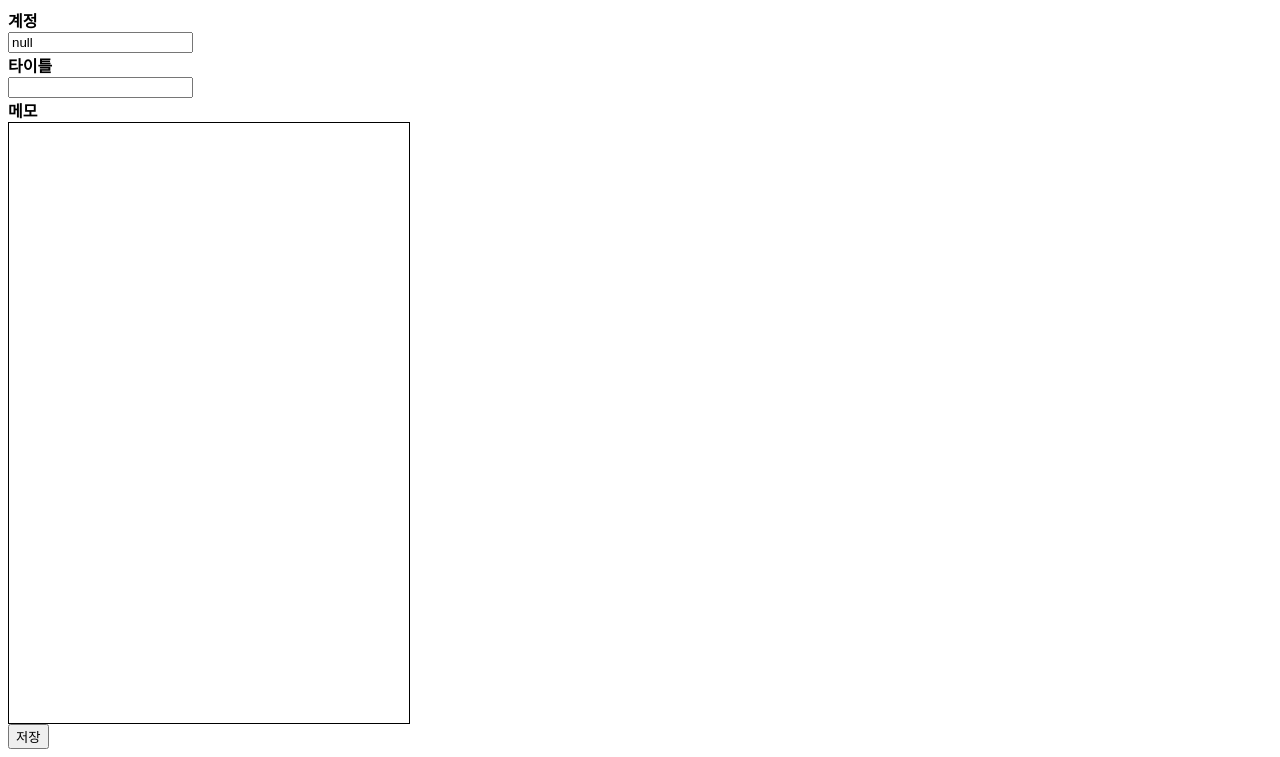
Repository: Rysdne/01_Java
Page: http://localhost/WildcatTest/io/create.jsp
An editor plug-in stored every save of this project. The page is shown before and after the next save, followed by the edit.
The browser window is 1280 px wide. The pictures show the whole page.
The page is served by Tomcat 9.

Above is the page before, as saved 2022-07-14 07:53:06.

After the next save:
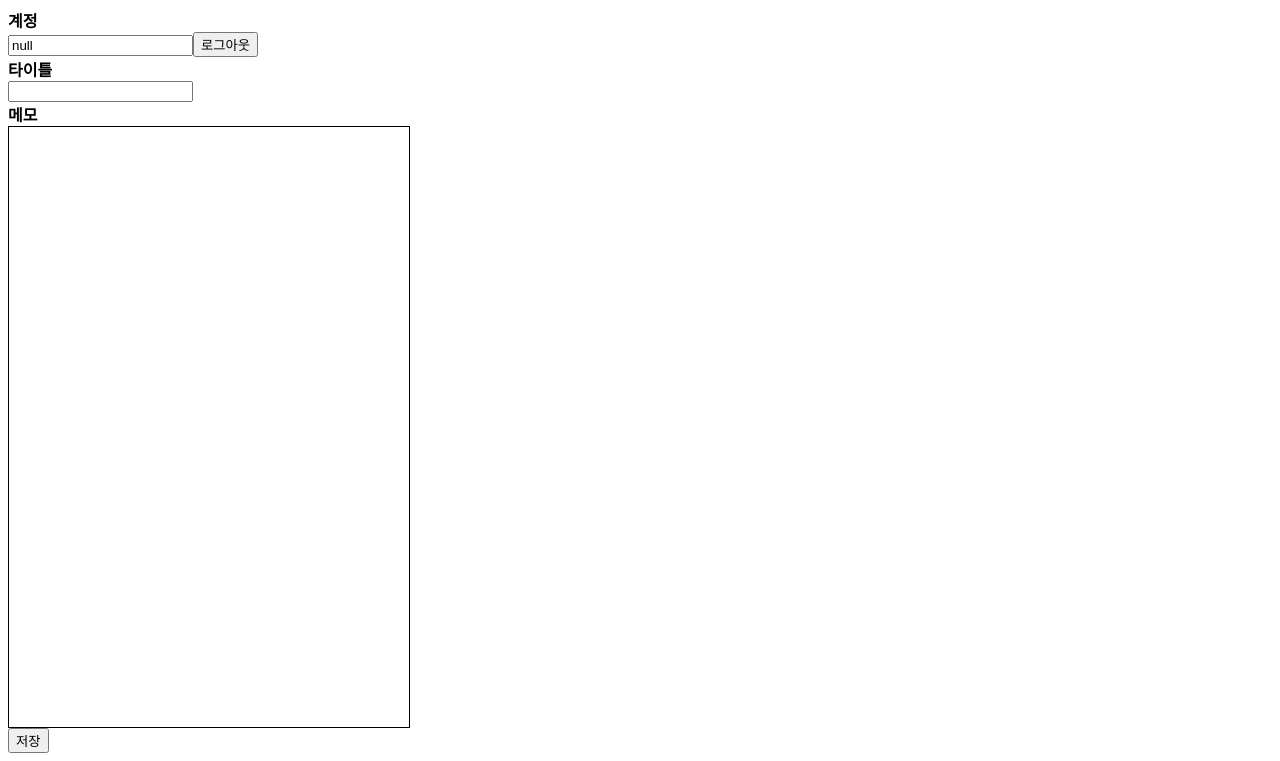
Console error (its wording comes from the project's code and is left out).
Saved 35 s later.
--- a/WildcatTest/src/main/webapp/io/create.jsp
+++ b/WildcatTest/src/main/webapp/io/create.jsp
@@ -35,7 +35,7 @@ $(document).ready(function () {
 	<form id="form" action="/WildcatTest/io/createProc.jsp" method="post">
 
 		<span style="font-weight: bold">계정</span><br>
-		<input readonly type="text" id="id" name="id" value="<%=session.getAttribute("id")%>"><br>
+		<input readonly type="text" id="id" name="id" value="<%=session.getAttribute("id")%>"><button onclick="/WildcatTest/login/logout.jsp">로그아웃</button><br>
 
 		<span style="font-weight: bold">타이틀</span><br>
 		<input type="text" id="title" name="title"><br>
